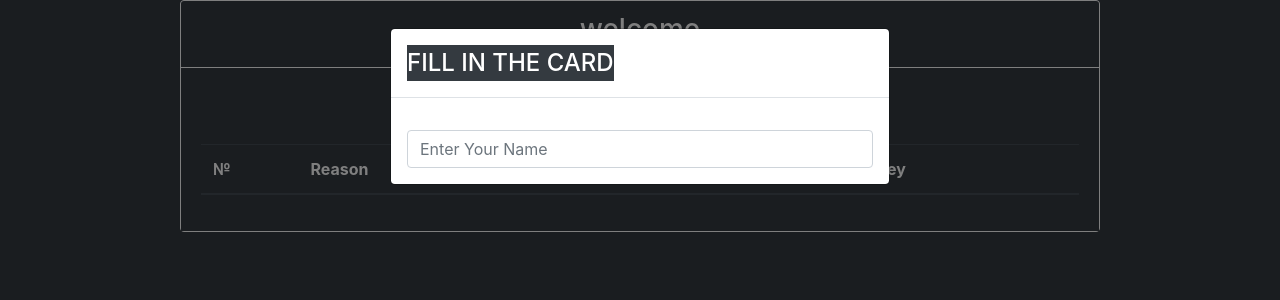
Repository: surefaceJS/allMyWorkInaliLinux
Page: hardcha/index.html
These files come from the project's save history. The page is drawn as it stood at one moment and after the next save; the edit follows.
The browser window is 1280 px wide. The pictures show the whole page.

Above is the page before, as saved 2021-04-19 12:30:07.

After the next save:
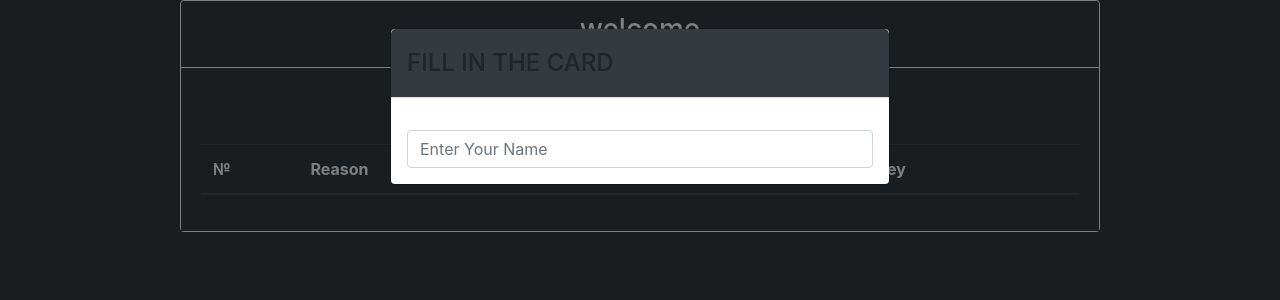
Saved 14 s later.
--- a/hardcha/index.html
+++ b/hardcha/index.html
@@ -24,8 +24,8 @@
                 <div class="modal-content">
 
                     <!-- Modal Header -->
-                    <div class="modal-header">
-                        <h4 class="modal-title text-white bg-dark text-center text-uppercase">Fill in the card</h4>
+                    <div class="modal-header bg-dark ">
+                        <h4 class="modal-title text-whitetext-center text-uppercase">Fill in the card</h4>
 
                     </div>
 
